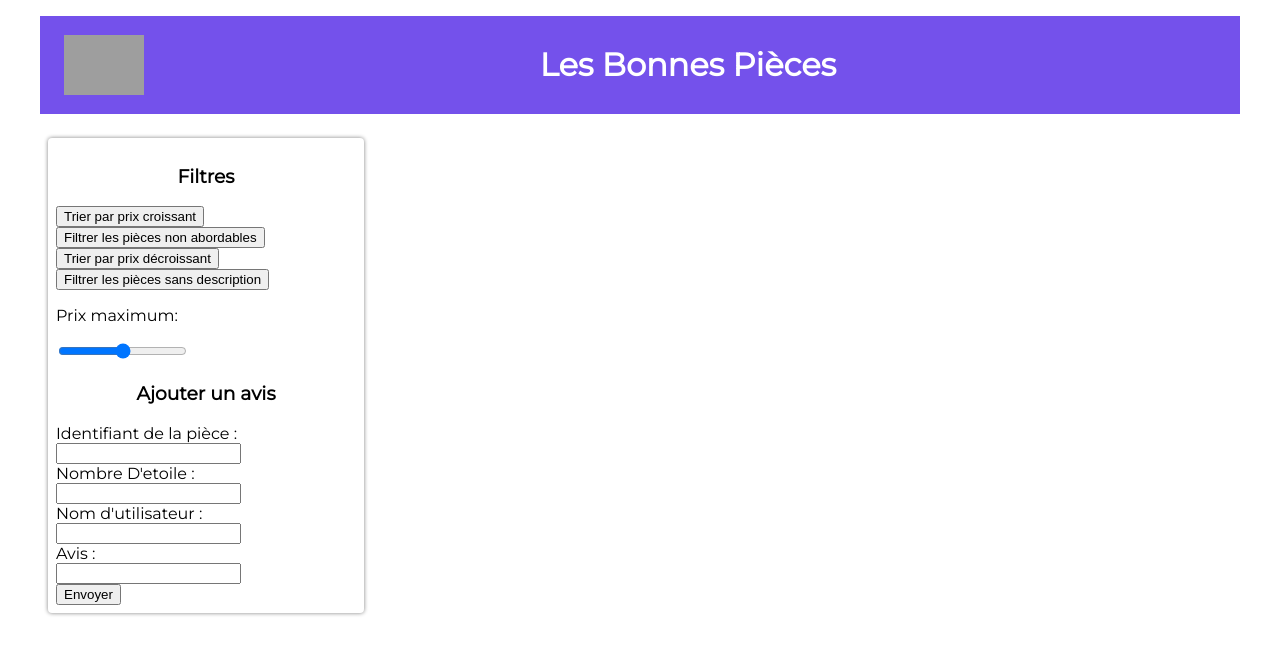
Repository: khadyba/Javascrip
Page: 7697016-Front-End.1/index.html
These files come from the project's save history. The page is drawn as it stood at one moment and after the next save; the edit follows.
The browser window is 1280 px wide. The pictures show the whole page.
Pictures or frames that could not be fetched are drawn as grey boxes. The page's requests for data from a server got no answer.

Above is the page before, as saved 2024-09-18 14:54:29.

### 7697016-Front-End.1/index.html
<!DOCTYPE html>
<html lang="fr">
	<head>
		<meta charset="utf-8">
		<title>Les Bonnes Pièces</title>
		<link rel="stylesheet" href="styles.css">
		<script type="module" src="pieces.js"></script>
	</head>
	<body>
		<header>
			<img src="images/logo-les-bonnes-pieces.png" alt="LOGO">
			<h1>Les Bonnes Pièces</h1>
		</header>
		<main>
			<!-- Menu de recherche -->
			<section class="filtres">
				<h3>Filtres</h3>
				<button class="btn-trier">Trier par prix croissant</button>
				<br>
				<button class="btn-filtrer">Filtrer les pièces non abordables</button>
				<br>
				<button class="btn-decroissant">Trier par prix décroissant</button>
				<br>
				<button class="btn-nodesc">Filtrer les pièces sans description</button>
				<br>
				<p>Prix maximum:</p>
				<input type="range" name="prix-max" id="prix-max" min="0" max="60" step="5">
				<!-- code a ajouter -->
				<h3>Ajouter un avis</h3>
				<form class="formulaire-avis">
					Identifiant de la pièce :<br>
					<input type="number" name="piece-id"><br>

					Nombre D'etoile : <br>
					<input type="number" name="etoile"><br>

					Nom d'utilisateur :<br>
					<input type="text" name="utilisateur"><br>
					Avis :<br>
					<input type="text" name="commentaire"><br>
					<button>Envoyer</button>
				</form>
			</section>

			<!-- Fiches produits -->
			<section class="fiches">
				<!-- Code ajouté -->
				<div class="abordables">

				</div>
				<div class="disponibles">

				</div>
			</section>
		</main>
	</body>
</html>

### 7697016-Front-End.1/styles.css
@import url('https://fonts.googleapis.com/css2?family=Montserrat&display=swap');

body {
	max-width: 1200px;
	margin: auto;
	padding: 16px;
	font-family: 'Montserrat', sans-serif;
}

header {
	display: flex;
	flex-direction: row;
	align-items: center;
	margin-bottom: 16px;
	padding: 8px;
	background-color: #7451eb;
	text-align: center;
	color: white;
}
header img {
	height: 60px;
	margin-left: 1rem;
}
header h1 {
	flex-grow: 1;
}

main {
	display: flex;
	flex-direction: row;
}

.filtres {
	border-radius: 4px;
	box-shadow: 0px 0px 4px gray;
	margin: 8px;
	padding: 8px;
	min-width: 300px;
	min-height: 400px;
}
.filtres h3 {
	text-align: center;
}

.fiches {
	flex: 1;
	margin: 8px;
	display: grid;
	grid-template-columns: repeat(3, 1fr);
	gap: 4px;
}
.fiches article {
	border: 1px solid black;
	padding: 4px;
}
.fiches article img {
	display: block;
	margin-left: auto;
	margin-right: auto;
	max-width: 200px;
}
.fiches article p {
	margin-top: 4px;
	margin-bottom: 4px;
}
.fiches article h2 {
	text-align: center;
}

### 7697016-Front-End.1/pieces.js
import { ajoutListenersAvis, ajoutListenerEnvoyerAvis } from "./avis.js";

// Récupération des pièces depuis le fichier JSON
const reponse = await fetch('http://localhost:8081/pieces');
const pieces = await reponse.json();

function genererPieces(pieces){
    for (let i = 0; i < pieces.length; i++) {

        const article = pieces[i];
        // Récupération de l'élément du DOM qui accueillera les fiches
        const sectionFiches = document.querySelector(".fiches");
        // Création d’une balise dédiée à une pièce automobile
        const pieceElement = document.createElement("article");
        // Création des balises
        const imageElement = document.createElement("img");
        imageElement.src = article.image;
        const nomElement = document.createElement("h2");
        nomElement.innerText = article.nom;
        const prixElement = document.createElement("p");
        prixElement.innerText = `Prix: ${article.prix} € (${article.prix < 35 ? "€" : "€€€"})`;
        const categorieElement = document.createElement("p");
        categorieElement.innerText = article.categorie ?? "(aucune catégorie)";
        const descriptionElement = document.createElement("p");
        descriptionElement.innerText = article.description ?? "Pas de description pour le moment.";
        const stockElement = document.createElement("p");
        stockElement.innerText = article.disponibilite ? "En stock" : "Rupture de stock";
        //Code ajouté
        const avisBouton = document.createElement("button");
        avisBouton.dataset.id = article.id;
        avisBouton.textContent = "Afficher les avis";

        // On rattache la balise article a la section Fiches
        sectionFiches.appendChild(pieceElement);
        pieceElement.appendChild(imageElement);
        pieceElement.appendChild(nomElement);
        pieceElement.appendChild(prixElement);
        pieceElement.appendChild(categorieElement);
        pieceElement.appendChild(descriptionElement);
        pieceElement.appendChild(stockElement);
        //Code aJouté
        pieceElement.appendChild(avisBouton);

     }
     ajoutListenersAvis();
     ajoutListenerEnvoyerAvis()
}

genererPieces(pieces);

 //gestion des bouttons
const boutonTrier = document.querySelector(".btn-trier");

boutonTrier.addEventListener("click", function () {
    const piecesOrdonnees = Array.from(pieces);
    piecesOrdonnees.sort(function (a, b) {
        return a.prix - b.prix;
     });
     document.querySelector(".fiches").innerHTML = "";
    genererPieces(piecesOrdonnees);
});

const boutonFiltrer = document.querySelector(".btn-filtrer");

boutonFiltrer.addEventListener("click", function () {
    const piecesFiltrees = pieces.filter(function (piece) {
        return piece.prix <= 35;
    });
    document.querySelector(".fiches").innerHTML = "";
    genererPieces(piecesFiltrees);
});

//Correction Exercice
const boutonDecroissant = document.querySelector(".btn-decroissant");

boutonDecroissant.addEventListener("click", function () {
    const piecesOrdonnees = Array.from(pieces);
    piecesOrdonnees.sort(function (a, b) {
        return b.prix - a.prix;
     });
     document.querySelector(".fiches").innerHTML = "";
    genererPieces(piecesOrdonnees);
});

const boutonNoDescription = document.querySelector(".btn-nodesc");

boutonNoDescription.addEventListener("click", function () {
    const piecesFiltrees = pieces.filter(function (piece) {
        return piece.description
    });
    document.querySelector(".fiches").innerHTML = "";
    genererPieces(piecesFiltrees);
});

const noms = pieces.map(piece => piece.nom);
for(let i = pieces.length -1 ; i >= 0; i--){
    if(pieces[i].prix > 35){
        noms.splice(i,1);
    }
}
console.log(noms)
//Création de l'en-tête

const pElement = document.createElement('p')
pElement.innerText = "Pièces abordables";
//Création de la liste
const abordablesElements = document.createElement('ul');
//Ajout de chaque nom à la liste
for(let i=0; i < noms.length ; i++){
    const nomElement = document.createElement('li');
    nomElement.innerText = noms[i];
    abordablesElements.appendChild(nomElement);
}
// Ajout de l'en-tête puis de la liste au bloc résultats filtres
document.querySelector('.abordables')
    .appendChild(pElement)
    .appendChild(abordablesElements);

//Code Exercice
const nomsDisponibles = pieces.map(piece => piece.nom)
const prixDisponibles = pieces.map(piece => piece.prix)

for(let i = pieces.length -1 ; i >= 0; i--){
    if(pieces[i].disponibilite === false){
        nomsDisponibles.splice(i,1);
        prixDisponibles.splice(i,1);
    }
}

const disponiblesElement = document.createElement('ul');

for(let i=0 ; i < nomsDisponibles.length ; i++){
    const nomElement = document.createElement('li');
    nomElement.innerText = `${nomsDisponibles[i]} - ${prixDisponibles[i]} €`
    disponiblesElement.appendChild(nomElement);
}

const pElementDisponible = document.createElement('p')
pElementDisponible.innerText = "Pièces disponibles:";
document.querySelector('.disponibles').appendChild(pElementDisponible).appendChild(disponiblesElement)

const inputPrixMax = document.querySelector('#prix-max')
inputPrixMax.addEventListener('input', function(){
    const piecesFiltrees = pieces.filter(function(piece){
        return piece.prix <= inputPrixMax.value;
    });
    document.querySelector(".fiches").innerHTML = "";
    genererPieces(piecesFiltrees);
})

### 7697016-Front-End.1/avis.js
export function ajoutListenersAvis() {

    const piecesElements = document.querySelectorAll(".fiches article button");

    for (let i = 0; i < piecesElements.length; i++) {

     piecesElements[i].addEventListener("click", async function (event) {


      const id = event.target.dataset.id;
    //   on stok la reponse dans une constante
      const  reponse = await fetch("http://localhost:8081/pieces/" + id + "/avis");
    //   nous reconstituons  les donner en memoir   grace a la methode json
      const avis = await reponse.json();
    //   on les ajout au dom en recupérent l'element parent
      const pieceElement = event.target.parentElement;
    //   nous créeons l'element p
      const avisElement = document.createElement("p");
    //   nous remplissons la balise html p en parcourant les avis et en ajoutant le nom de l'utilisateur et son commentaire
      for (let i = 0; i < avis.length; i++) {
         avisElement.innerHTML += `${avis[i].utilisateur}: ${avis[i].commentaire} <br>`;
      }
    //   nous ratachons l'element p au parent récuperer précedement
      pieceElement.appendChild(avisElement);

     });

    }

 }

 export function ajoutListenerEnvoyerAvis() {
    const formulaireAvis = document.querySelector(".formulaire-avis");
    formulaireAvis.addEventListener("submit", function (event) {
        // Désactivation du comportement par défaut du navigateur
        event.preventDefault();
    // Création de l’objet du nouvel avis.
        const avis = {
            pieceId: parseInt(event.target.querySelector("[name=piece-id]").value),
            nbEtoiles: parseInt(event.target.querySelector("[name=etoile]").value),
            utilisateur: event.target.querySelector("[name=utilisateur").value,
            commentaire: event.target.querySelector("[name=commentaire]").value,
        };
        // Création de la charge utile au format JSON
        const chargeUtile = JSON.stringify(avis);

        // Appel de la fonction fetch avec toutes les informations nécessaires
        fetch("http://localhost:8081/avis", {
            method: "POST",
            headers: { "Content-Type": "application/json" },
            body: chargeUtile
        });

    });

 }

After the next save:
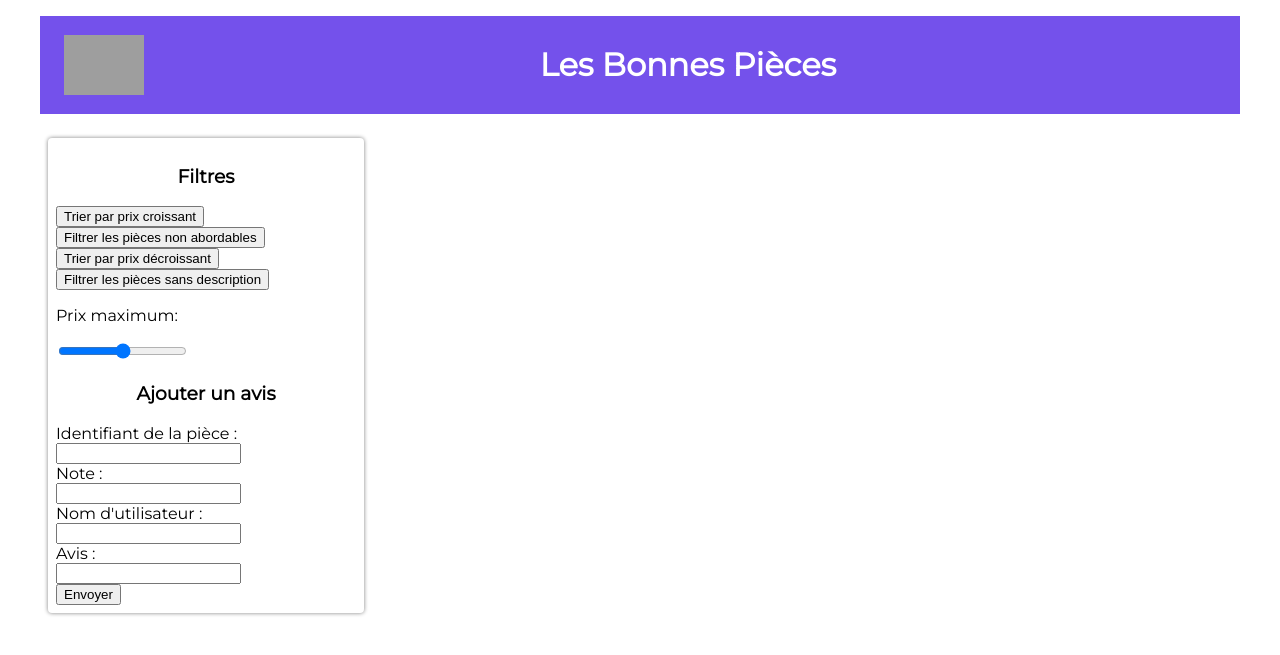
Saved 96 s later.
--- a/7697016-Front-End.1/index.html
+++ b/7697016-Front-End.1/index.html
@@ -31,7 +31,7 @@
 					Identifiant de la pièce :<br>
 					<input type="number" name="piece-id"><br>
 
-					Nombre D'etoile : <br>
+					Note : <br>
 					<input type="number" name="etoile"><br>
 
 					Nom d'utilisateur :<br>
